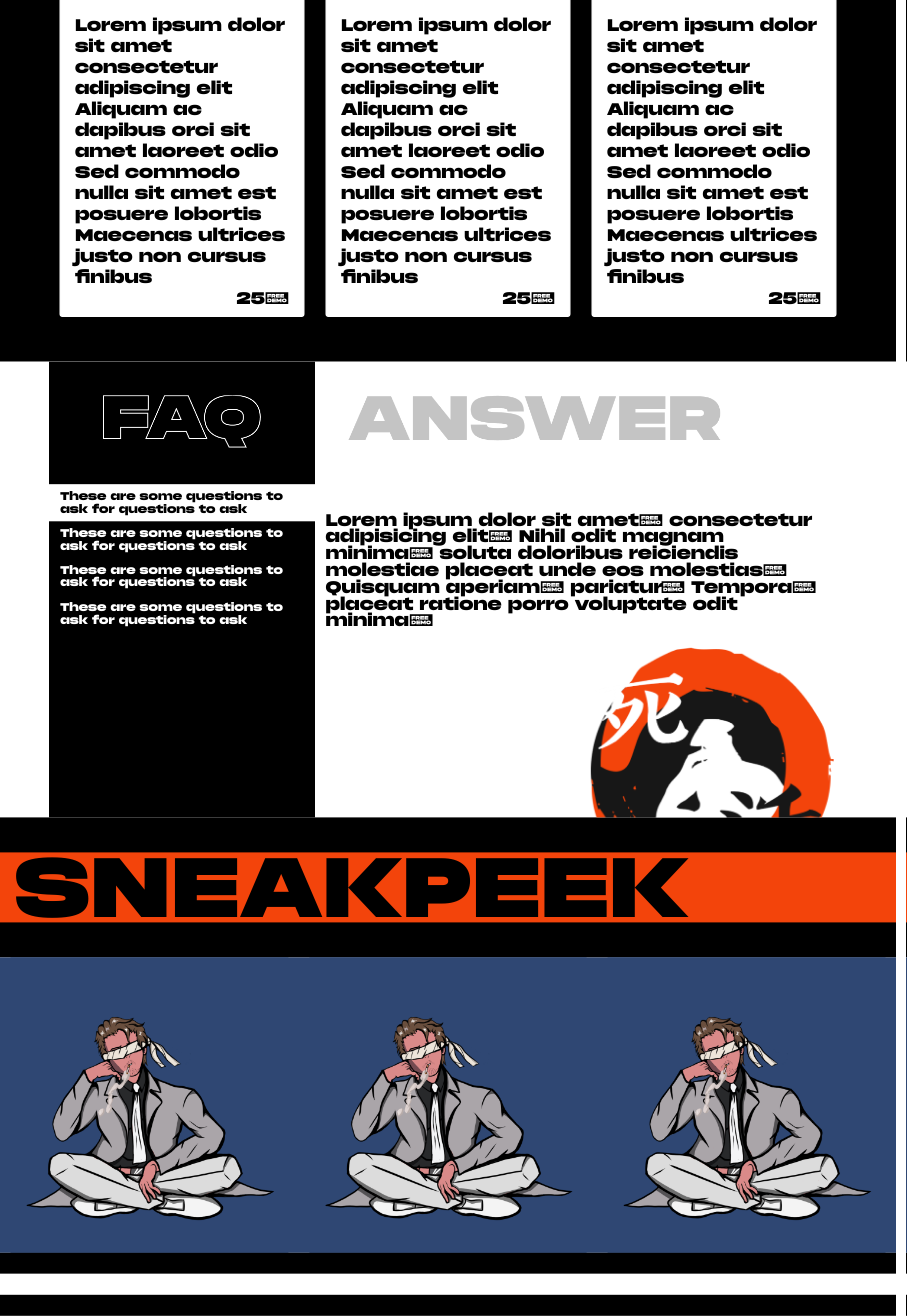
Repository: danishmahmoodawan/Sneakpeak
Page: /
An editor plug-in stored every save of this project. The page is shown before and after a run of saves, followed by the edit.
The browser window is 1280 px wide. The page is 1295 px wide, so the pictures cover 1295 px, including what lies to the right of the window. The pictures show the part of the page from y = 1184 to 3064 px (the page is 3064 px tall before and 3034 px after), at 70% of full size.
The project was rebuilt for these pictures with package versions that can differ from the ones it lists, and the page was loaded fresh each time.

Above is the page before, as saved 2022-02-28 22:06:14.

### public/index.html
<!DOCTYPE html>
<html lang="en">
  <head>
    <meta charset="utf-8" />
    <meta name="viewport" content="width=device-width, initial-scale=1" />
    <link rel="stylesheet" href="https://cdnjs.cloudflare.com/ajax/libs/twitter-bootstrap/4.6.0/css/bootstrap.min.css">
	<link rel="stylesheet" href="https://cdnjs.cloudflare.com/ajax/libs/font-awesome/5.15.4/css/all.min.css">
	<link rel="stylesheet" href="assets/css/style.css">
	<title>SneakPeak</title>
  </head>
  <body>
    <noscript>You need to enable JavaScript to run this app.</noscript>
    <div id="root"></div>
	<script src="https://cdnjs.cloudflare.com/ajax/libs/jquery/3.5.1/jquery.slim.min.js"></script>
	<script src="https://cdnjs.cloudflare.com/ajax/libs/popper.js/1.16.1/umd/popper.min.js"></script>
  <script src="https://cdnjs.cloudflare.com/ajax/libs/twitter-bootstrap/4.6.0/js/bootstrap.min.js"></script>
  <link rel="stylesheet" href="https://fonts.googleapis.com/css2?family=Inter:wght@100;200;300;400;500;600;700;800;900&display=swap"/>
  <link rel="stylesheet" href="https://fonts.googleapis.com/css2?family=VT323:wght@400&display=swap"/>
  </body>
</html>

### src/App.js
import Home from "./pages/Home";

function App() {
  return (
    <div>
      <Home />
    </div>
  );
}

export default App;

### src/pages/Home.js

import { useState, useEffect } from 'react';
function Home() {

  return (
   <>
 <section className="top_section">
            <div className="container">
                <div className="row">
                    <div className="col-12 text-center top_image">
                        <div className="social_div">
                            <img src="assets/images/ICON_INSTA24.png" alt="ICON_INSTA24" className="desktop_image"/>
                            <img src="assets/images/ICON_MEDIUM25.png" alt="ICON_MEDIUM25" className="desktop_image"/>
                            <img src="assets/images/ICON_OS26.png" alt="ICON_OS26" className="desktop_image"/>
                            <img src="assets/images/ICON_TWITTER27.png" alt="ICON_TWITTER27" className="desktop_image"/>
                            <img src="assets/images/ICON_DISCORD28.png" alt="ICON_DISCORD28" className="desktop_image"/>
                        </div>
                    </div>
                </div>
            </div>
        </section>
        <section className="first_section"></section>

        <section className="second_section">
            <div className="container">
                <div className="row d-flex align-items-center justify-content-center">
                    <div className="col-12 col-md-5 left_sec_col img_col">
                        <div className="row">
                          <div className="col-12 right_inner_sec_col row_set_whi">
                                <div className="row">
                                    <div className="col-4 col_white">
                                        <p>PRICE</p>
                                    </div>
                                    <div className="col-8 col_black">
                                        <p>0.15 Ξ</p>
                                    </div>
                                </div>
                                <div className="row">
                                    <div className="col-4 col_white">
                                        <p>TOTAL</p>
                                    </div>
                                    <div className="col-8 col_black">
                                        <p>1125 / 3333</p>
                                    </div>
                                </div>
                                <div className="row">
                                    <div className="col-4 col_white">
                                        <p>LIMIT</p>
                                    </div>
                                    <div className="col-8 col_black">
                                        <p>5 PER TX</p>
                                    </div>
                                </div>
                            </div>
                        </div>

                    </div>
                    <div className="col-12 col-md-2 left_sec_col text-center">
                        <div className="row"><div className="col-12 icon_size p-0"> <a href="#" target={{target:"_blank"}}> <svg xmlns="http://www.w3.org/2000/svg" width="50" height="40" fill="currentColor" class="bi bi-chevron-compact-up" viewBox="0 0 16 16">
  <path fill-rule="evenodd" d="M7.776 5.553a.5.5 0 0 1 .448 0l6 3a.5.5 0 1 1-.448.894L8 6.56 2.224 9.447a.5.5 0 1 1-.448-.894l6-3z"/>
</svg></a></div>
 </div>
                        <div className="row"><div className="col-12 icon_size p-0"><span class="counts"> 5 </span></div> </div>
                        <div className="row"><div className="col-12 icon_size p-0"><a href="#" target={{target:"_blank"}}> <svg xmlns="http://www.w3.org/2000/svg" width="50" height="40" fill="currentColor" class="bi bi-chevron-compact-down" viewBox="0 0 16 16">
  <path fill-rule="evenodd" d="M1.553 6.776a.5.5 0 0 1 .67-.223L8 9.44l5.776-2.888a.5.5 0 1 1 .448.894l-6 3a.5.5 0 0 1-.448 0l-6-3a.5.5 0 0 1-.223-.67z"/>
</svg></a></div>
 </div>
                    </div>
                    <div className="col-12 col-md-2 mintbtns right_col">
                    <button classname=" m-2">MINT <br /> NOW</button>
                    </div>
                </div>
            </div>
        </section>

        <section className="third_section roadmapSec">
            <div className="container">
                <div className="row third_row">
                <div className="col-12 "><h1>ROADMAP</h1></div>
                 </div>
                 <div className="row set_map">
                 <div className="col-sm-12 col-md-4">
                 <div className="btn map_one maptwo btn-primary position-relative">
             <p>    Lorem ipsum dolor sit amet consectetur adipiscing elit Aliquam ac dapibus orci sit amet laoreet odio Sed commodo nulla sit amet est posuere lobortis Maecenas ultrices justo non cursus finibus </p>
  <span class="position-absolute top-0 start-100 translate-middle badge rounded-pill set_ict">
  <img src="assets/images/01.png" alt="PREVIEW_Artboard321293" className="desktop122_image" />
  </span>
  <p className="text-right">25%</p>
</div>
                 </div>
                 <div className="col-sm-12 col-md-4">
                 <div className="btn map_one maptwo btn-primary position-relative">
             <p>    Lorem ipsum dolor sit amet consectetur adipiscing elit Aliquam ac dapibus orci sit amet laoreet odio Sed commodo nulla sit amet est posuere lobortis Maecenas ultrices justo non cursus finibus </p>
  <span class="position-absolute top-0 start-100 translate-middle badge rounded-pill set_ict">
  <img src="assets/images/02.png" alt="PREVIEW_Artboard321293" className="desktop122_image" />
  </span>
  <p className="text-right">25%</p>
</div>
                 </div>
                 <div className="col-sm-12 col-md-4">
                 <div className="btn map_one maptwo btn-primary position-relative">
             <p>    Lorem ipsum dolor sit amet consectetur adipiscing elit Aliquam ac dapibus orci sit amet laoreet odio Sed commodo nulla sit amet est posuere lobortis Maecenas ultrices justo non cursus finibus </p>
  <span class="position-absolute top-0 start-100 translate-middle badge rounded-pill set_ict">
  <img src="assets/images/03.png" alt="PREVIEW_Artboard321293" className="desktop122_image" />
  </span>
  <p className="text-right">25%</p>
</div>
                 </div>
                 </div>
             </div>
        </section>
        <section className="forth_section faq_container">
            <div className="container">
            <div className="row">
            <div className="col-4 faq_col p-5">
            <img src="assets/images/faq.png" alt="PREVIEW_Artboard321293" className="desktop122_image" />
</div>
            <div className="col-8 p-5">
            <img src="assets/images/answer.png" alt="PREVIEW_Artboard321293" className="desktop122_image" />
            </div>
            </div>



<div className="row">
<div className="col-md-4 bg_link faq_tabss p-0">

    <ul className="nav md-pills pills-secondary d-flex flex-column">
      <li className="nav-item">
        <a className="nav-link active" data-toggle="tab" href="#panel11" role="tab">These are some questions to ask for questions to ask</a>
      </li>
      <li className="nav-item">
        <a className="nav-link" data-toggle="tab" href="#panel12" role="tab">These are some questions to ask for questions to ask</a>
      </li>
      <li className="nav-item">
        <a className="nav-link" data-toggle="tab" href="#panel13" role="tab">These are some questions to ask for questions to ask</a>
      </li>
      <li className="nav-item">
        <a className="nav-link" data-toggle="tab" href="#panel14" role="tab">These are some questions to ask for questions to ask</a>
      </li>
    </ul>

  </div>
  <div className="col-md-8 logo_ns">

    <div className="tab-content pt-0">

      <div className="tab-pane fade in show active" id="panel11" role="tabpanel">
        <br />

        <p>Lorem ipsum dolor sit amet, consectetur adipisicing elit. Nihil odit magnam minima, soluta doloribus
          reiciendis molestiae placeat unde eos molestias. Quisquam aperiam, pariatur. Tempora, placeat ratione
          porro voluptate odit minima.</p>
          <img src="assets/images/logo_set.png" alt="LOGO" className="desktop122_image" />


      </div>
      <div className="tab-pane fade" id="panel12" role="tabpanel">
        <br />

        <p>Lorem ipsum dolor sit amet, consectetur adipisicing elit. Nihil odit magnam minima, soluta doloribus
          reiciendis molestiae placeat unde eos molestias. Quisquam aperiam, pariatur. Tempora, placeat ratione
          porro voluptate odit minima.</p>
        <p>Lorem ipsum dolor sit amet, consectetur adipisicing elit. Nihil odit magnam minima, soluta doloribus
          reiciendis molestiae placeat unde eos molestias. Quisquam aperiam, pariatur. Tempora, placeat ratione
          porro voluptate odit minima.</p>

      </div>
      <div className="tab-pane fade" id="panel13" role="tabpanel">
        <br />

        <p>Lorem ipsum dolor sit amet, consectetur adipisicing elit. Nihil odit magnam minima, soluta doloribus
          reiciendis molestiae placeat unde eos molestias. Quisquam aperiam, pariatur. Tempora, placeat ratione
          porro voluptate odit minima.</p>
          <img src="assets/images/logo_set.png" alt="LOGO" className="desktop122_image" />


      </div>
      <div className="tab-pane fade" id="panel14" role="tabpanel">
        <br />

        <p>Lorem ipsum dolor sit amet, consectetur adipisicing elit. Nihil odit magnam minima, soluta doloribus
          reiciendis molestiae placeat unde eos molestias. Quisquam aperiam, pariatur. Tempora, placeat ratione
          porro voluptate odit minima.</p>
        <p>Lorem ipsum dolor sit amet, consectetur adipisicing elit. Nihil odit magnam minima, soluta doloribus
          reiciendis molestiae placeat unde eos molestias. Quisquam aperiam, pariatur. Tempora, placeat ratione
          porro voluptate odit minima.</p>

      </div>


    </div>


</div>

</div>
</div>


        </section>

        <section className="fifth_section">
            <div className="container-fluid fifth_container">
            <div className="row"><div className="col-12">
                <h2 className="road_map">SNEAKPEEK</h2>
            </div></div></div>
        </section>
        <section className="six_section">
            <div className="container-fluid">
            <div className="row">
            <div className="col-4">
            <img src="assets/images/char_img.png" alt="char_img" className="desktop122_image" />
            </div>
            <div className="col-4">
            <img src="assets/images/char_img.png" alt="char_img" className="desktop122_image" />
            </div>
            <div className="col-4">
            <img src="assets/images/char_img.png" alt="char_img" className="desktop122_image" />
            </div>

            </div>
            </div>
        </section>
        <section>
        <div className="row">
            <div className="col-12">
            <div class="empty_div"> </div>
            </div>
            <div className="col-12">
            <div class="empty_divs"> </div>
            </div>
            </div>
        </section>
        <section>
        <div className="row">
            <div className="col-12">
            <div class="empty_div">

            </div>
            </div>
            </div>
        </section>

	</>
  );
}

export default Home;

### public/assets/css/style.css
html {
  font-family: Inter;
  font-size: 16px;
}
@font-face {
  font-family: 'Phonk-cont';
  src: url('../fonts/Phonk-ContrastDEMO.ttf');
}
@font-face {
  font-family: 'Phonk-regular';
  src: url('../fonts/Phonk-ReguularDEMO.ttf');
}
body {
  font-weight: 400;
  font-style:normal;
  text-decoration: none;
  text-transform: none;
  letter-spacing: normal;
  line-height: 1.15;
  color: var(--dl-color-gray-black);
  background-color: var(--dl-color-gray-white);
}
p{
  margin-bottom: 0px;
  font-family: Phonk-cont;
  font-size: 24px;
  font-style: normal;
  font-weight: 400;
  line-height: 24px;
  letter-spacing: 0em;
  text-align: left;
  color:#FFF
}
h2{
  font-family: 'Phonk-cont';
  font-style: normal;
  font-weight: normal;
  font-size: 72px;
  line-height: 72px;
  color: #FFFFFF;
  text-align: center;
  margin-bottom: 0;
}
:root {
  --dl-color-gray-500: #595959;
  --dl-color-gray-700: #999999;
  --dl-color-gray-900: #D9D9D9;
  --dl-size-size-large: 144px;
  --dl-size-size-small: 48px;
  --dl-color-danger-300: #A22020;
  --dl-color-danger-500: #BF2626;
  --dl-color-danger-700: #E14747;
  --dl-color-gray-black: #000000;
  --dl-color-gray-white: #FFFFFF;
  --dl-size-size-medium: 96px;
  --dl-size-size-xlarge: 192px;
  --dl-size-size-xsmall: 16px;
  --dl-space-space-unit: 16px;
  --dl-color-primary-100: #003EB3;
  --dl-color-primary-300: #0074F0;
  --dl-color-primary-500: #14A9FF;
  --dl-color-primary-700: #85DCFF;
  --dl-color-success-300: #199033;
  --dl-color-success-500: #32A94C;
  --dl-color-success-700: #4CC366;
  --dl-size-size-xxlarge: 288px;
  --dl-size-size-maxwidth: 1400px;
  --dl-radius-radius-round: 50%;
  --dl-space-space-halfunit: 8px;
  --dl-space-space-sixunits: 96px;
  --dl-space-space-twounits: 32px;
  --dl-radius-radius-radius2: 2px;
  --dl-radius-radius-radius4: 4px;
  --dl-radius-radius-radius8: 8px;
  --dl-space-space-fiveunits: 80px;
  --dl-space-space-fourunits: 64px;
  --dl-space-space-threeunits: 48px;
  --dl-space-space-oneandhalfunits: 24px;
}

.desktop122_image{
  width: 100%;
}
/* css start */
.top_section{
  background-color: #222222;
  padding: 10px;
}
.empty_div{
height: 30px;
background: #000;
}
.empty_divs{
height: 30px;
background: white;
}
.top_content .button{
  font-family: VT323;
  font-style: normal;
  font-weight: normal;
  font-size: 16px;
  line-height: 16px;
  color: #222222;
}
.first_section{
  background-image: url('images/banner_home.png');
  background-repeat: no-repeat;
  background-size: cover;
  height: 100vh;
  background-position: center;
}
.second_section{
  background-image: url('images/aksc.png');
    background-repeat: no-repeat;
    background-size: inherit;
    background-position: center;
    margin: -30px;
    width: 100%;
}
.third_row h1{
  font-family: Phonk-cont;
  font-style: normal;
  font-weight: 600;
  font-size: 100px;
  text-align: center;
  color: white;
}
.col_white p{
  color: #fff;
  padding: 8px 0;
  text-align: center;
}

.col_black p{
  color: #F3440B;
  padding: 8px 0;
  text-align: right;
}
.img_col{
  padding: 32px 20px !important;
}
.mintbtns button{
  background: #F3440B;
border-radius: 10px;
color: white;
padding: 44px 25px;
font-family: Phonk-cont;
font-weight: 600;
font-size: 36px;
line-height: 46px;
border-color: #F3440B;
}
.mintbtns button:hover{
  background: #bc350a;
}
.counts{
  font-family: Phonk-cont;
  font-style: normal;
  font-weight: 600;
  font-size: 55px;
  color: white;
}
.icon_size{
color: white;
}
.icon_size a{
  color: white;
}
.icon_size a:hover{
  color: #F3440B;
}
.second_section .row{
  align-items: center;
}
.left_sec_col{
  background-color: #000;
  padding: 20px 15px;
  border-radius: 10px;
  margin-left: 10px;
  margin-right: 10px;
}
.second_section .right_sec_col p{
  padding-left: 30px;
}
.pluss_minus_row{
  padding: 40px;
}
.second_section a.button{
  background: linear-gradient(90.9deg, #35A9AD 0%, #9D4DB1 100%);
  color: #FFF;
  font-family: VT323;
  display: block;
  text-decoration: none;
  max-width: 370px;
  margin: 0 auto;
  margin-top: 30px;
  cursor: pointer;
}
.map_one{
  background: #444444;
  border: 2px solid #FFFFFF;
box-sizing: border-box;
padding: 35px 20px 10px 20px;
margin-top: 16%;
}
.roadmapSec{
padding: 5% 0;
}
.maptwo{
  background: white;
}
.maptwo p{
  color: #000;
}
.forth_section img{
width: 80%;
}
.map_one p{
  line-height: 30px;
}
.maptwo .badge{
top: -118px !important;
}
.maptwo img{
  width: 82%;
}
.map_one .badge{
  top: -90px;
  right: -19px;

}
.set_ict{
  font-family: Phonk-cont;
  font-style: normal;
  font-weight: 600;
  font-size: 100px;
  text-align: center;
  color: white;
}
.map_one:hover{
  background: #444444;
  border: 2px solid #FFFFFF;
}
.maptwo:hover{
  background: white;
}
.map_one:active, .map_one:focus{
  background-color: #444444 !important;
  box-shadow: none !important;
  border-color: #fff !important;
}
.map_two:active, .map_two:focus{
  background-color: white !important;
  box-shadow: none !important;
  border-color: #fff !important;
}
.map_one:not(:disabled):not(.disabled){
  cursor: auto;
}
p.sol{
  color: rgba(34, 34, 34, 0.5);
  text-align: center;
  padding-top: 8px;
}
.third_section{
  background-color: black;
  padding-top: 7%;
}
.faq_container{
  background: white;
}
.faq_container h2{
  padding: 0 30px;

}
.faq_col{
background: black;
display: block;
text-align: center;
}
.bg_link{
  background: black;
}

.forth_left_col{
  background-color: #222222;
}
.forth_section p{
  margin: 20px 0;
  color: black;
}
.logo_ns img{
width: 50%;
float: right;
}
.forth_left_col p{
  background-color: #111111;
  color: #FFF;
  padding: 10px 20px;
}
.forth_right_col{
  padding-left: 100px;
}
.forth_right_col p{
  color: #111111;
}
.fifth_section{
  background: black;
  padding: 50px 0;
}
.fifth_section .container:not(:last-child) {
  background: #C4C4C4;
  max-width: 900px;
  margin: 0 auto;
  padding: 50px 30px 100px;
}

.fifth_section h2.road_map{
  font-size: 120px;
  line-height: 60px;
color:black;
text-align: left;
}
.fifth_section p{
  color: #111111;
}
.fifth_container{
background: #F3440B;
padding: 20px;
}
.six_section{
background: #2f4773;
}
.fifth_left_col{
  background-color: #FFF;
  border-right: 8px solid rgba(17, 17, 17, 0.5);
  border-bottom: 8px solid rgba(17, 17, 17, 0.5);
}
.fifth_left_col h2{
  font-size: 100px;
  line-height: 100px;
  color: #000000;
  padding: 20px;
}
.fifth_last_row .fifth_left_col{
  background: linear-gradient(90.9deg, #35A9AD 0%, #9D4DB1 100%);
  border-right: 8px solid rgba(255, 255, 255, 0.5);
  border-bottom: 8px solid rgba(255, 255, 255, 0.5);
}
.fifth_last_row .fifth_left_col h2{
  color: #FFF;
}
.logo_container{
  background-color: #FFF;
}
/* FAQ Start */
.faq_tabss a{
color: white;
font-family: Phonk-cont;
}
.faq_tabss .active{
background: white;
color: black;
}
/* FAQ STart */
/* media query */
@media only screen and (min-width: 1025px) {

}
@media only screen and (max-width: 1024px) and (min-width: 992px) {

  .first_section{
    height: 26vh;
    background-size: contain;
  }
  .right_third_col{
    background-size: cover;
  }
}

@media only screen and (max-width: 992px) and (min-width: 768px) {
  .first_section{
    height: 26vh;
  }
  .pluss_minus_row{
    padding: 25px;
  }
  .col_white p ,.col_black p{
    font-size: 18px;
  }
  .right_third_col{
    background-size: cover;
  }
}
@media only screen and (max-width: 767px) {
  h2{
    font-size: 36px;
    line-height: 42px;
  }

  .first_section {
    background-size: contain;
    height: 160px;
  }
  .top_section .col-6{
padding: 0;
  }
  .right_sec_col{
    padding-top: 30px;
  }
  .second_section p{
    padding: 0 25px;
    text-align: center;
  }
  .row_set_whi{
    margin: 10px -25px;
  }
  .footer_row .col_ew{
display: none;
  }
  .faq_container{
    padding: 35px 0 30px;
  }
  .right_third_col .container{
    position: initial
  }
  .right_third_col .container .row{
    margin-top: 20px;
  }
  .right_third_col a{
    margin-bottom: 10px;
  }
  .forth_right_col{
    padding: 0 15px ;
  }
  .forth_section{
    padding-bottom: 40px;
  }
  .fifth_section p{
    margin-top: 20px;
  }
  .fifth_section .container:not(:last-child){
    padding-bottom: 40px;
  }
  body, html{
    overflow-x: hidden;
  }
}

@media only screen and (max-width: 767px) and (min-width: 540px) {
  .first_section{
    height: 33vh;
    background-size: contain;
  }
}

Loaded but not shown: src/index.js (common file); src/index.css (common file); src/reportWebVitals.js (common file)

After the next 2 saves:
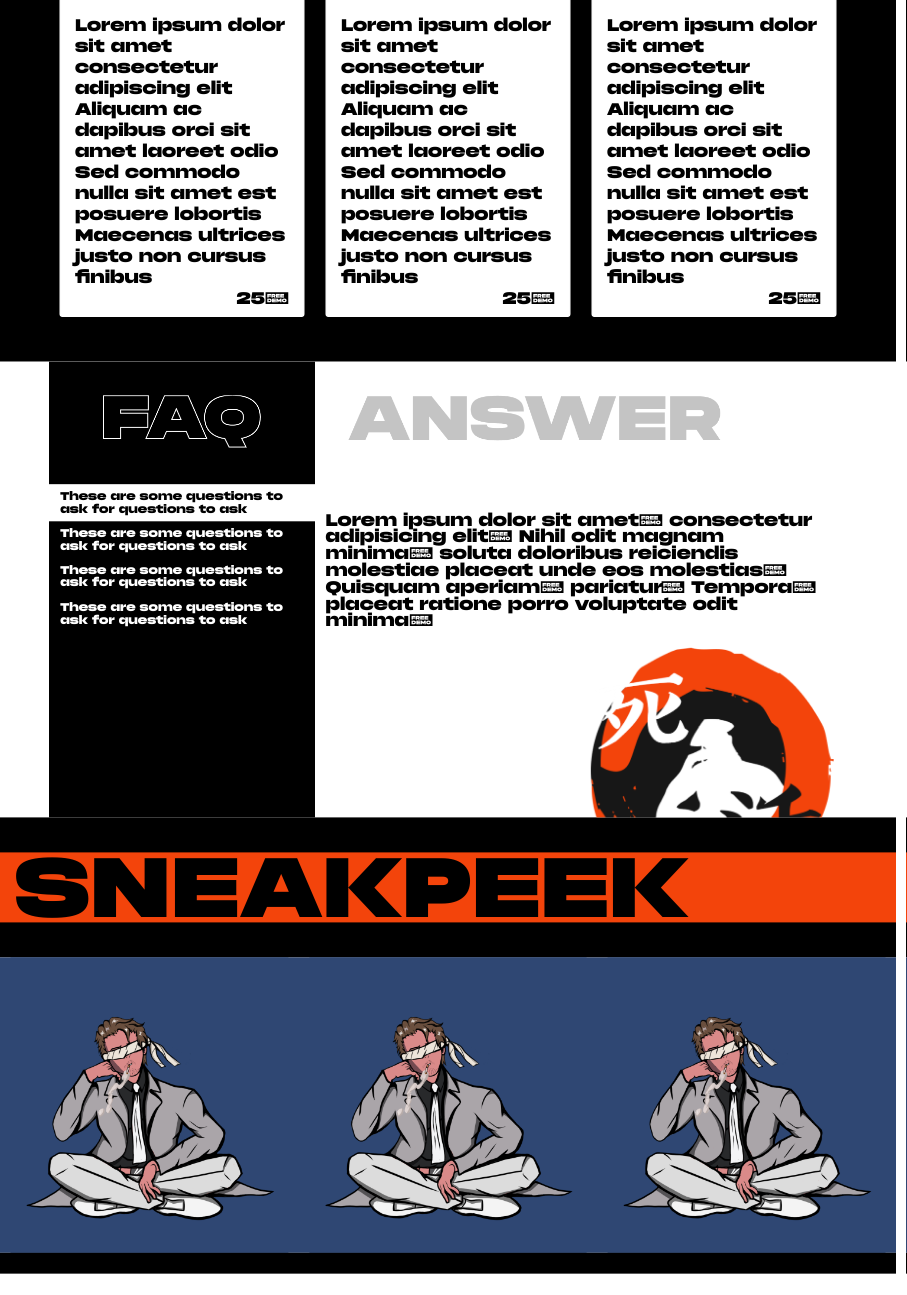
The 2 saves are shown as one change because they came seconds apart.
The last was saved 15 s later.
--- a/src/pages/Home.js
+++ b/src/pages/Home.js
@@ -233,9 +233,9 @@ function Home() {
             </div>
         </section>
         <section>
-        <div className="row">
+        <div className="row ">
             <div className="col-12">
-            <div class="empty_div">
+            <div class="">
 
             </div>
             </div>
